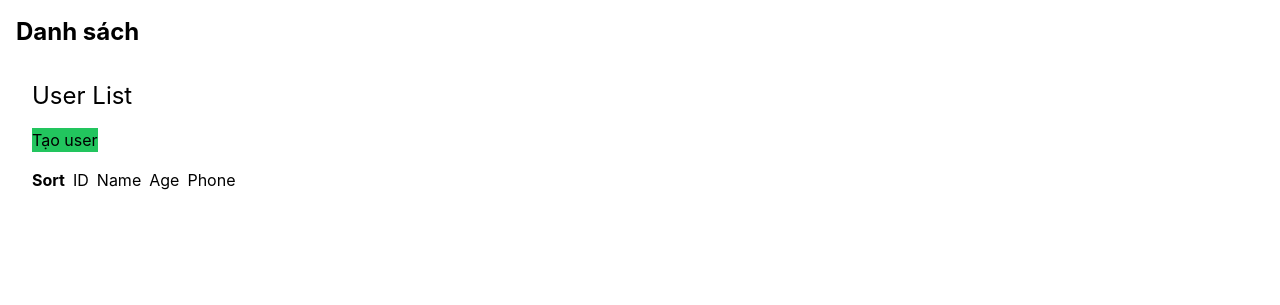
Repository: dat2309/nestStudy
Page: / (app in project-fe/)
These files come from the project's save history. The page is drawn as it stood at one moment and after the next save; the edit follows.
The browser window is 1280 px wide. The pictures show the whole page.
The page's requests for data from a server got no answer. The project was rebuilt for these pictures with package versions that can differ from the ones it lists, and the page was loaded fresh each time. No one was signed in, and anything a server would have sent is missing. Also part of the build but not shown: project-fe/src/components/Modal.tsx.

Above is the page before, as saved 2024-08-08 21:24:20.

### project-fe/src/index.tsx
import React from 'react';
import ReactDOM from 'react-dom/client';
import { ToastContainer } from 'react-toastify';
import 'react-toastify/dist/ReactToastify.css';
import App from './App';
import './index.css';


const root = ReactDOM.createRoot(document.getElementById('root') as HTMLElement);
root.render(
  <React.StrictMode>

    <App />
    <ToastContainer className="fixed bottom-4 right-4 z-50" />
  </React.StrictMode>
);

### project-fe/src/App.tsx
import React from 'react';
import { Route, BrowserRouter as Router, Routes } from 'react-router-dom';
import { ToastContainer } from 'react-toastify';
import './index.css';
import UserList from './page/UserList';



const App: React.FC = () => {
  return (
    <div className="relative"> {/* Ensure App has relative positioning */}
      <Router>
        <div className="container mx-auto p-4">
          <h1 className="text-2xl font-bold mb-4">Danh sách</h1>
          <Routes>
            <Route path="/" element={<UserList />} />
          </Routes>
        </div>
      </Router>
      <ToastContainer position='bottom-right' autoClose={1000} />
    </div>

  );
};

export default App;

### project-fe/src/page/UserList.tsx
import React, { useEffect, useState } from 'react';
import { toast } from 'react-toastify';
import { isSuccess } from '../api/BaseResponse';
import { createUser, getUserDetails, getUsers, removeUser, updateUser } from '../api/UserApi';
import CreateUserModal from '../components/CreateUserModal';
import UpdateUserModal from '../components/UpdateUserModal';
import { User } from '../model/User';

const UserList: React.FC = () => {
    const [users, setUsers] = useState<User[]>([]);
    const [selectedUser, setSelectedUser] = useState<User>(new User());
    const [sortBy, setSortBy] = useState<string>('-1');
    const [isShowDetail, setIsShowDetail] = useState(false);
    const [isUpdateModalOpen, setIsUpdateModalOpen] = useState(false);
    const [isCreateModalOpen, setIsCreateModalOpen] = useState(false);
    const [name, setName] = useState('');
    const [age, setAge] = useState<number | 0>(0);
    const [phone, setPhone] = useState('');
    const [searchQuery, setSearchQuery] = useState<string>('');
    const isSelected = (sortField: string) => sortBy === sortField;
    const fetchUsers = async () => {
        try {
            const response = await getUsers(sortBy)
            if (isSuccess(response))
                setUsers(response.data);
            else {
                toast.error(response.message)
            }
        } catch (error) {
            console.error('Failed to fetch users', error);
        }
    };

    useEffect(() => {
        fetchUsers();
    }, [sortBy]);

    const handleSort = (sortField: string) => {
        setSortBy(sortField);
    };

    const handleViewDetails = async (id: number) => {
        if (id !== 0) {
            try {
                const response = await getUserDetails(id);
                if (isSuccess(response)) {
                    setSelectedUser(response.data);
                    setIsShowDetail(true)
                }
                else {
                    toast.error(response.message)
                }

            } catch (error) {
                console.error('Failed to fetch user details', error);
            }
        }

    };

    const handleRemove = async (id: number) => {
        try {

            const response = await removeUser(id);
            if (isSuccess(response)) {
                toast.success("Xoá user thành công")
                setUsers(users.filter(user => user.id !== id));
            }

        } catch (error) {
            console.error('Failed to remove user', error);
        }
    };

    const handleCreateUserSubmit = async (event: React.FormEvent) => {
        event.preventDefault();
        const newUser: User = { name, age, phone };
        try {
            const response = await createUser(newUser);
            if (isSuccess(response)) {
                setIsCreateModalOpen(false);
                setName('');
                setAge(0);
                setPhone('');
                setSelectedUser(new User())
                fetchUsers(); // Refresh user list
                toast.success("Tạo user thành công")
            }
            else {
                toast.error(response.message)
            }


        } catch (error) {
            console.error('Error creating user:', error);
        }
    };
    const handleCreateUser = () => {
        setName('');
        setAge(0);
        setPhone('');
        setIsCreateModalOpen(true);
    };

    const handleUpdateUser = () => {
        setName(selectedUser.name);
        setAge(selectedUser.age);
        setPhone(selectedUser.phone);
        setIsShowDetail(false)
        setIsUpdateModalOpen(true);
    };
    const handleUpdateUserSubmit = async (event: React.FormEvent) => {
        event.preventDefault();
        const updatedUser: User = { ...selectedUser, name, age, phone };
        try {
            const response = await updateUser(Number(selectedUser.id), updatedUser);
            if (isSuccess(response)) {
                setIsUpdateModalOpen(false);
                setName('');
                setAge(0);
                setPhone('');
                setSelectedUser(new User())
                toast.success("Cập nhật user thành công")
                fetchUsers(); // Refresh user list
            }
            else {
                toast.error(response.message)
            }


        } catch (error) {
            console.error('Error updating user:', error);
        }
    }
    return (
        <div className="p-4">
            <h1 className="text-2xl mb-4">User List</h1>
            <div className="mb-4">
                <button onClick={handleCreateUser} className="btn bg-green-500 hover:bg-green-600">
                    Tạo user
                </button>
                <div className="mt-4 space-x-2">
                    <button
                        onClick={() => handleSort('-1')}
                        className={`btn ${isSelected('-1') ? 'font-bold' : ''}`}
                    >
                        Sort
                    </button>
                    <button
                        onClick={() => handleSort('0')}
                        className={`btn ${isSelected('0') ? 'font-bold' : ''}`}
                    >
                        ID
                    </button>
                    <button
                        onClick={() => handleSort('1')}
                        className={`btn ${isSelected('1') ? 'font-bold' : ''}`}
                    >
                        Name
                    </button>
                    <button
                        onClick={() => handleSort('2')}
                        className={`btn ${isSelected('2') ? 'font-bold' : ''}`}
                    >
                        Age
                    </button>
                    <button
                        onClick={() => handleSort('3')}
                        className={`btn ${isSelected('3') ? 'font-bold' : ''}`}
                    >
                        Phone
                    </button>
                </div>
            </div>
            <ul>
                {users.map(user => (
                    <li key={user.id} className="mb-2 p-2 border rounded">
                        <p>ID: {user.id}</p>
                        <p>Name: {user.name}</p>
                        <p>Age: {user.age}</p>
                        <p>Phone: {user.phone}</p>
                        <button onClick={() => handleViewDetails(user.id ?? 0)} className="btn mr-2">See Details</button>
                        <button onClick={() => handleRemove(user.id ?? 0)} className="btn bg-red-500 hover:bg-red-600">Remove</button>
                    </li>
                ))}
            </ul>

            {isShowDetail && (
                <div className="fixed inset-0 bg-gray-800 bg-opacity-75 flex items-center justify-center">
                    <div className="bg-white p-4 rounded shadow-lg w-full max-w-md"> {/* Adjust width and padding */}
                        <button
                            onClick={() => setIsShowDetail(false)}
                            className="absolute top-2 right-2 text-gray-600 hover:text-gray-800 text-2xl p-2"
                        >
                            &times;
                        </button>
                        <h2 className="text-xl font-bold mb-4">User Details</h2>
                        <p className="mb-2">ID: {selectedUser.id}</p>
                        <p className="mb-2">Name: {selectedUser.name}</p>
                        <p className="mb-2">Age: {selectedUser.age}</p>
                        <p className="mb-4">Phone: {selectedUser.phone}</p>
                        <div className="flex space-x-4"> {/* Add space between buttons */}
                            <button
                                onClick={() => setIsShowDetail(false)}
                                className="px-4 py-2 bg-gray-500 text-white rounded"
                            >
                                Đóng
                            </button>
                            <button
                                onClick={handleUpdateUser}
                                className="px-4 py-2 bg-blue-500 text-white rounded hover:bg-blue-600"
                            >
                                Cập nhật
                            </button>
                        </div>
                    </div>
                </div>
            )}
            <UpdateUserModal
                isOpen={isUpdateModalOpen}
                onClose={() => setIsUpdateModalOpen(false)}
                onSubmit={handleUpdateUserSubmit}
                user={{ id: selectedUser.id, name, age, phone }}
                setUser={(user) => {
                    setSelectedUser(user);
                    setName(user.name);
                    setAge(user.age);
                    setPhone(user.phone);
                }}
            />

            <CreateUserModal
                isOpen={isCreateModalOpen}
                onClose={() => setIsCreateModalOpen(false)}
                onSubmit={handleCreateUserSubmit}
                user={{ id: 0, name, age, phone }}
                setUser={(user) => {
                    setName(user.name);
                    setAge(user.age);
                    setPhone(user.phone);
                }}
            />
        </div>
    );
};

export default UserList;

### project-fe/src/api/BaseResponse.tsx
export interface BaseResponse<T> {
    status: number;
    message: string;
    data: T;
}

export function isSuccess<T>(response: BaseResponse<T>): boolean {
    return response.status === 200;
}

### project-fe/src/api/UserApi.tsx
import { User } from "../model/User";
import axiosInstance from "./AxiosInstance";
import { BaseResponse } from "./BaseResponse";




// Other functions like createUser, updateUser, removeUser can be similarly implemented

export const getUsers = async (searchQuery?: string, sortBy?: string): Promise<BaseResponse<User[]>> => {
    try {
        const response = await axiosInstance.get('/user', {

            headers: {
                Authorization: localStorage.getItem('token')
            },
            params: {
                key_search: searchQuery,
                sort_by: sortBy,
            },
        });
        return response.data;
    } catch (error) {
        console.error('Failed to fetch users', error);
        throw error; // Ensure errors are thrown so they can be handled in the component
    }
};
export const createUser = async (user: User): Promise<BaseResponse<User>> => {
    try {
        const response = await axiosInstance.post('/user', user, {
            headers: {
                Authorization: localStorage.getItem('token') || '',
            },
        });
        return response.data;
        // Adjust based on the response structure from your API
    } catch (error) {
        console.error('Failed to create user', error);
        throw error; // Ensure errors are thrown so they can be handled in the component
    }
};
export const updateUser = async (id: number, user: User): Promise<BaseResponse<User>> => {
    try {
        const response = await axiosInstance.post(`/user/${id}/update`, user, {
            headers: {
                Authorization: localStorage.getItem('token') || '',
            },
        });
        return response.data;
    } catch (error) {
        console.error('Failed to update user', error);
        throw error;
    }
};
export const getUserDetails = async (id: number): Promise<BaseResponse<User>> => {
    try {
        const response = await axiosInstance.get(`/user/${id}/detail`, {
            headers: {
                Authorization: localStorage.getItem('token') || '',
            },
        });
        return response.data;
    } catch (error) {
        console.error('Failed to fetch user details', error);
        throw error;
    }
};
// Function to remove a user by ID
export const removeUser = async (id: number): Promise<BaseResponse<any>> => {
    try {
        const response = await axiosInstance.post('/user/remove', { id }, {
            headers: {
                Authorization: localStorage.getItem('token') || '',
            },
        });
        return response.data;
    } catch (error) {
        console.error('Failed to remove user', error);
        throw error;
    }
};

export const login = async (accountName: string, password: string): Promise<BaseResponse<any>> => {
    try {
        const response = await axiosInstance.post('/login', {
            account_name: accountName,
            password: password,
        });
        return response.data;
    } catch (error) {
        console.error('Failed to remove user', error);
        throw error;
    }
};
export const uploadAvatar = async (userId: number, file: File): Promise<BaseResponse<User>> => {
    try {
        const formData = new FormData();
        formData.append('file', file);

        console.log(formData.get('file'))
        const response = await axiosInstance.post(`/user/${userId}/upload-avatar`, formData, {
            headers: {
                'Content-Type': 'multipart/form-data',
                Authorization: localStorage.getItem('token') || '',
            },
        });

        return response.data; // Adjust based on the response structure from your API
    } catch (error) {
        console.error('Failed to upload avatar', error);
        throw error; // Ensure errors are thrown so they can be handled in the component
    }
};

### project-fe/src/components/CreateUserModal.tsx
// src/components/CreateUserModal.tsx
import React from 'react';
import { User } from '../model/User';
import ModalForm from './ModalForm';

interface CreateUserModalProps {
    isOpen: boolean;
    onClose: () => void;
    onSubmit: (event: React.FormEvent) => void;
    user: User;
    setUser: (user: User) => void;
}

const CreateUserModal: React.FC<CreateUserModalProps> = ({ isOpen, onClose, onSubmit, user, setUser }) => {
    return (
        <ModalForm
            isOpen={isOpen}
            onClose={onClose}
            onSubmit={onSubmit}
            user={user}
            setUser={setUser}
            title="Create User"
        />
    );
};

export default CreateUserModal;

### project-fe/src/components/UpdateUserModal.tsx
// src/components/UpdateUserModal.tsx
import React from 'react';
import { User } from '../model/User';
import ModalForm from './ModalForm';

interface UpdateUserModalProps {
    isOpen: boolean;
    onClose: () => void;
    onSubmit: (event: React.FormEvent) => void;
    user: User;
    setUser: (user: User) => void;
}

const UpdateUserModal: React.FC<UpdateUserModalProps> = ({ isOpen, onClose, onSubmit, user, setUser }) => {
    return (
        <ModalForm
            isOpen={isOpen}
            onClose={onClose}
            onSubmit={onSubmit}
            user={user}
            setUser={setUser}
            title="Update User"
        />
    );
};

export default UpdateUserModal;

### project-fe/src/model/User.tsx
// src/types.ts
export class User {
    id?: number; // id is now optional
    name: string;
    age: number;
    phone: string;

    constructor(data?: Partial<User>) {
        this.name = data?.name || ""; // Default to empty string if not provided
        this.age = data?.age || 0;    // Default to 0 if not provided
        this.phone = data?.phone || ""; // Default to empty string if not provided
        this.id = data?.id; // id may or may not be provided
    }
}

### project-fe/src/api/AxiosInstance.tsx
import axios from 'axios';

// Create an instance of Axios with default configuration
const axiosInstance = axios.create({
    baseURL: 'http://localhost:4000', // Base URL for your API
    timeout: 10000, // Request timeout
    headers: {
        'Content-Type': 'application/json',
        // Add other headers if needed
    },
});
axiosInstance.interceptors.response.use(
    (response) => {
        console.log('Response:', response);
        return response;
    },
    (error) => {
        console.error('Response Error:', error);
        return Promise.reject(error);
    }
);
export default axiosInstance;

### project-fe/src/components/ModalForm.tsx
import React from 'react';
import { User } from '../model/User';
import Modal from './Modal';

interface ModalFormProps {
    isOpen: boolean;
    onClose: () => void;
    onSubmit: (event: React.FormEvent) => void;
    user: User;
    setUser: (user: User) => void;
    title: string;
}

const ModalForm: React.FC<ModalFormProps> = ({ isOpen, onClose, onSubmit, user, setUser, title }) => {
    return (
        <Modal isOpen={isOpen} onClose={onClose} onSubmit={onSubmit}>
            <h1 className="text-2xl font-bold mb-4">{title}</h1>

            <div className="space-y-4">
                <div>
                    <label className="block mb-1">Name:</label>
                    <input
                        type="text"
                        value={user.name}
                        onChange={(e) => setUser({ ...user, name: e.target.value })}
                        className="border p-2 rounded w-full"
                        required
                    />
                </div>
                <div>
                    <label className="block mb-1">Age:</label>
                    <input
                        type="number"
                        value={user.age}
                        onChange={(e) => setUser({ ...user, age: Number(e.target.value) })}
                        className="border p-2 rounded w-full"
                        required
                    />
                </div>
                <div>
                    <label className="block mb-1">Phone:</label>
                    <input
                        type="text"
                        value={user.phone}
                        onChange={(e) => setUser({ ...user, phone: e.target.value })}
                        className="border p-2 rounded w-full"
                        required
                    />
                </div>
                <div className="flex space-x-4">
                    <button
                        type="submit"
                        className="px-4 py-2 bg-blue-500 text-white rounded"
                    >
                        {title}
                    </button>
                    <button
                        type="button"
                        onClick={onClose}
                        className="px-4 py-2 bg-gray-500 text-white rounded"
                    >
                        Close
                    </button>
                </div>
            </div>

        </Modal>
    );
};

export default ModalForm;

Loaded but not shown: project-fe/public/index.html (common file); project-fe/src/index.css (common file); project-fe/tailwind.config.js (common file)

After the next save:
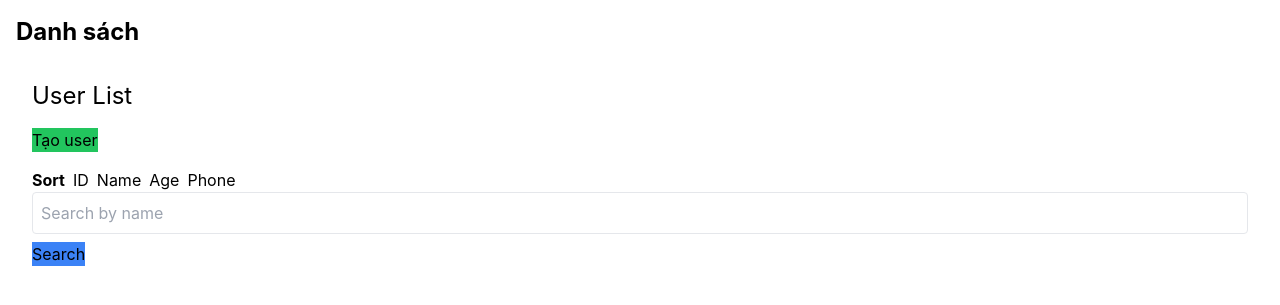
Saved 2 min 52 s later.
--- a/project-fe/src/page/UserList.tsx
+++ b/project-fe/src/page/UserList.tsx
@@ -169,6 +169,18 @@ const UserList: React.FC = () => {
                         className={`btn ${isSelected('3') ? 'font-bold' : ''}`}
                     >
                         Phone
+                    </button>
+                </div>
+                <div className="mb-4">
+                    <input
+                        type="text"
+                        placeholder="Search by name"
+                        value={searchQuery}
+                        onChange={(e) => setSearchQuery(e.target.value)}
+                        className="border rounded p-2 mb-2 w-full"
+                    />
+                    <button onClick={fetchUsers} className="btn bg-blue-500 hover:bg-blue-600">
+                        Search
                     </button>
                 </div>
             </div>
